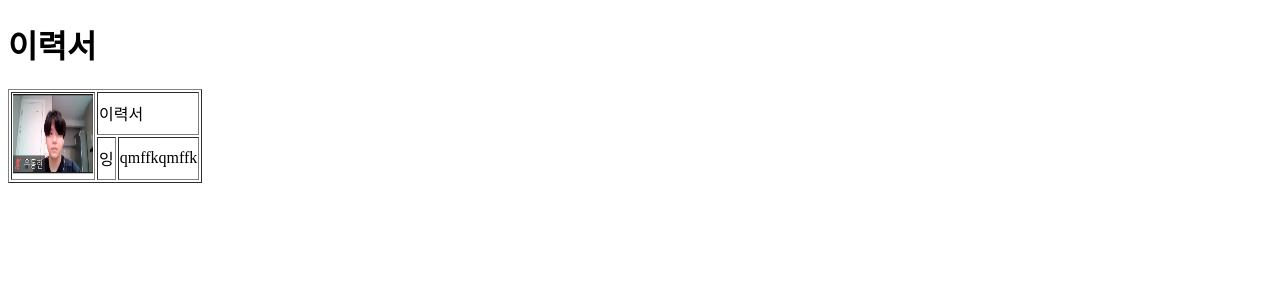
Repository: DongHyenYoo/DongHyen
Page: JdbcStudy/HTMLTEST/WebContent/resume.html
An editor plug-in stored every save of this project. The page is shown before and after the next save, followed by the edit.
The browser window is 1280 px wide. The pictures show the whole page.

Above is the page before, as saved 2022-09-23 08:04:07.

### JdbcStudy/HTMLTEST/WebContent/resume.html
<!DOCTYPE html>
<html>
<head>
<meta charset="UTF-8">
<title>이력서</title>
</head>
<body>
<h1>이력서</h1>
<table border="1">
<tr>
<td rowspan="2"><img src="Test.jpg" width = "80" height="80" alt="테스트"></td> <td colspan="3">이력서</td>
</tr>

<tr>
 <td>잉</td> <td>qmffkqmffk</td>
</tr>

</table>
</body>
</html>

After the next save:
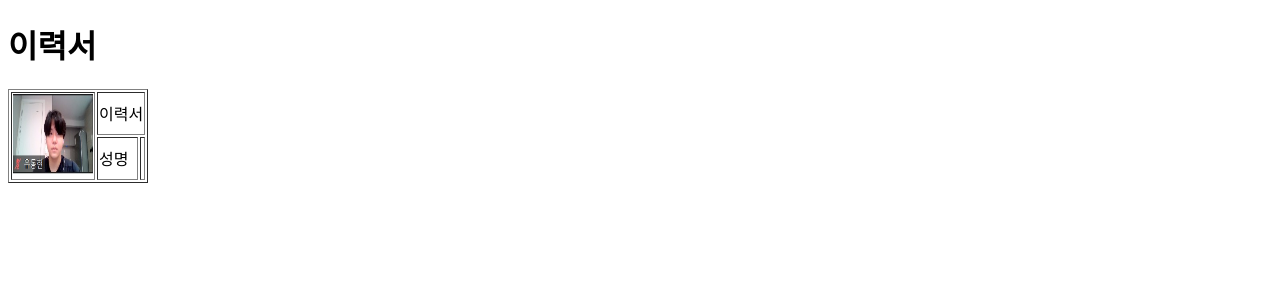
Saved 52 s later.
--- a/JdbcStudy/HTMLTEST/WebContent/resume.html
+++ b/JdbcStudy/HTMLTEST/WebContent/resume.html
@@ -8,11 +8,11 @@
 <h1>이력서</h1>
 <table border="1">
 <tr>
-<td rowspan="2"><img src="Test.jpg" width = "80" height="80" alt="테스트"></td> <td colspan="3">이력서</td>
+<td rowspan="3"><img src="Test.jpg" width = "80" height="80" alt="테스트"></td> <td colspan="3">이력서</td>
 </tr>
 
 <tr>
- <td>잉</td> <td>qmffkqmffk</td>
+ <td>성명</td> <td></td>
 </tr>
 
 </table>
